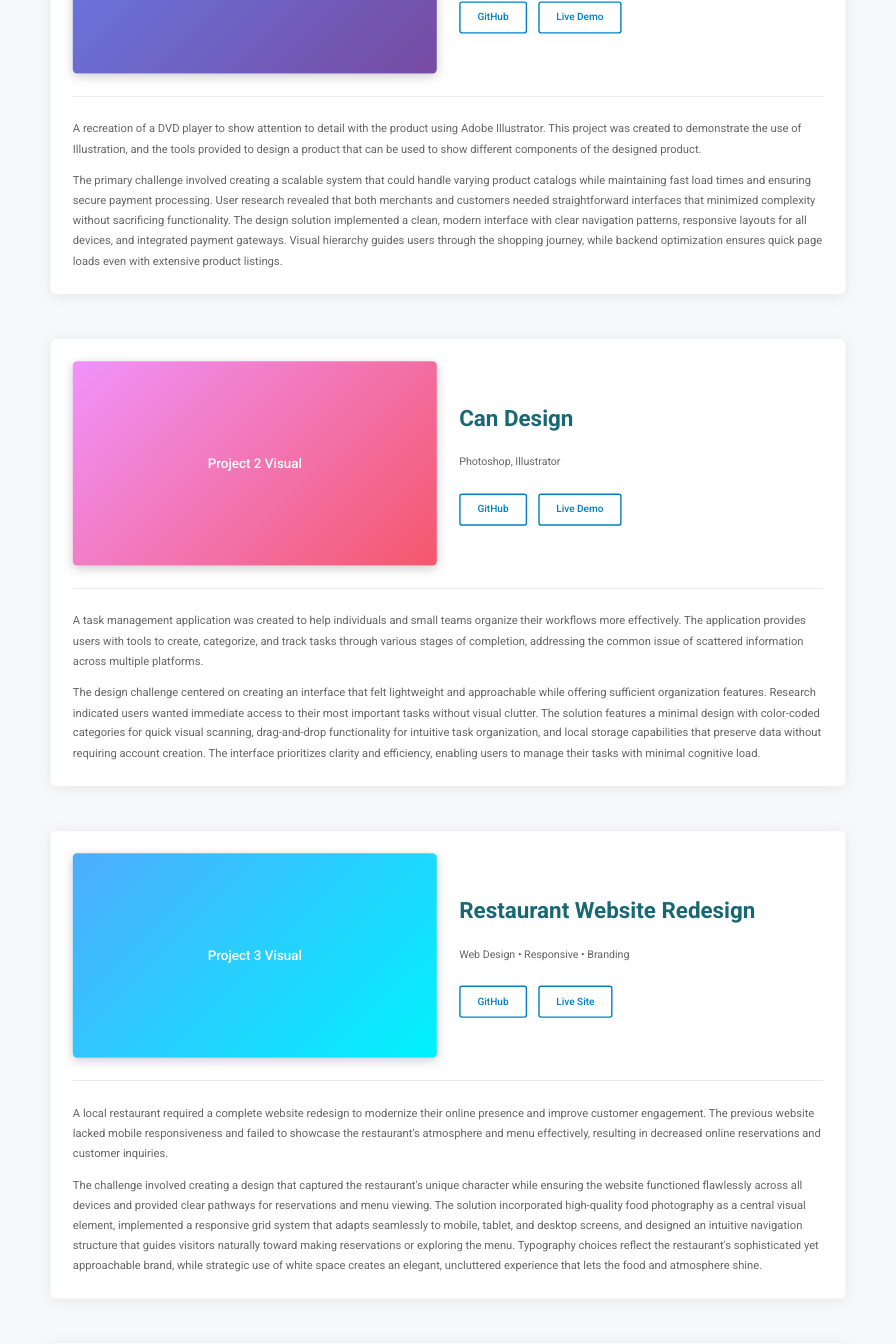
Repository: DonaldCWong/portfolio
Page: index.html
An editor plug-in stored every save of this project. The page is shown before and after the next save, followed by the edit.
The browser window is 1280 px wide. The pictures show the part of the page from y = 1160 to 3080 px (the page is 4866 px tall before and 4808 px after), at 70% of full size.

Above is the page before, as saved 2026-01-12 12:04:09.

After the next save:
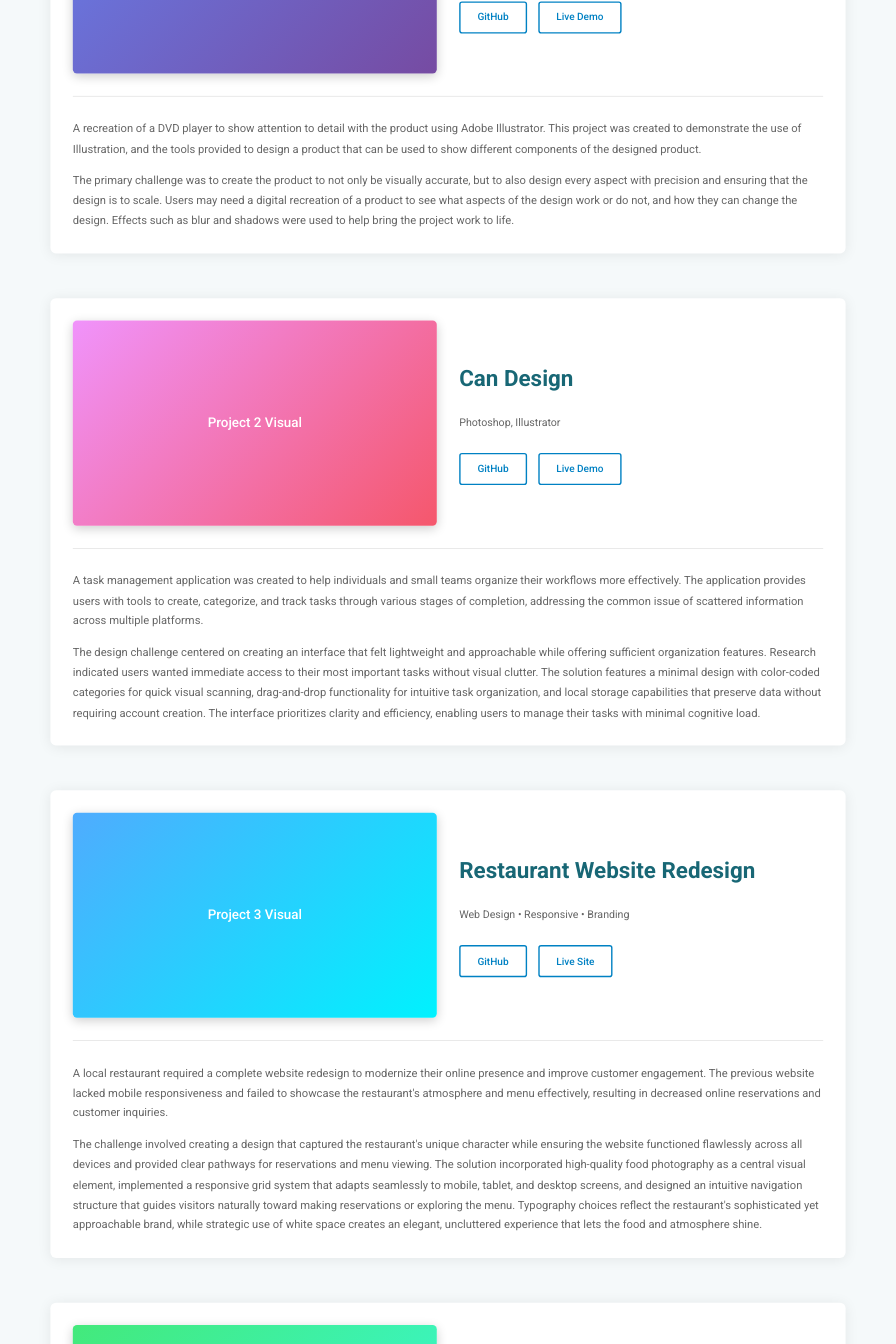
Saved 3 min 8 s later.
--- a/index.html
+++ b/index.html
@@ -59,7 +59,7 @@
                       A recreation of a DVD player to show attention to detail with the product using Adobe Illustrator. This project was created to demonstrate the use of Illustration, and the tools provided to design a product that can be used to show different components of the designed product.
                     </p>
                     <p>
-                        The primary challenge involved creating a scalable system that could handle varying product catalogs while maintaining fast load times and ensuring secure payment processing. User research revealed that both merchants and customers needed straightforward interfaces that minimized complexity without sacrificing functionality. The design solution implemented a clean, modern interface with clear navigation patterns, responsive layouts for all devices, and integrated payment gateways. Visual hierarchy guides users through the shopping journey, while backend optimization ensures quick page loads even with extensive product listings.
+                      The primary challenge was to create the product to not only be visually accurate, but to also design every aspect with precision and ensuring that the design is to scale. Users may need a digital recreation of a product to see what aspects of the design work or do not, and how they can change the design. Effects such as blur and shadows were used to help bring the project work to life.
                     </p>
                 </div>
             </article>
